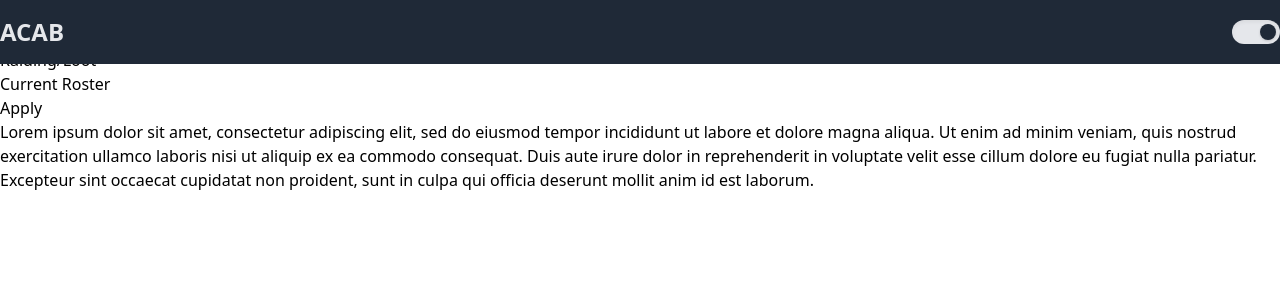
Repository: eaang/catguild_frontend
Page: /
An editor plug-in stored every save of this project. The page is shown before and after the next save, followed by the edit.
The browser window is 1280 px wide. The pictures show the whole page.
The project was rebuilt for these pictures with package versions that can differ from the ones it lists, and the page was loaded fresh each time. The framework's server and built-in components were replaced by stand-ins that run in the browser. Also part of the build but not shown: nuxt.config.js, components/ContentBox.vue, components/ContentEditor.vue, components/ImageBox.vue, components/SidebarMain.vue, components/SidebarSub.vue, components/TheFoooter.vue, components/icons/ChevronDown.vue and 19 more. Imported but missing from the stored project, and not drawn on this page: apollo/queries/categories/category.

Above is the page before, as saved 2021-04-02 18:44:50.

After the next save:
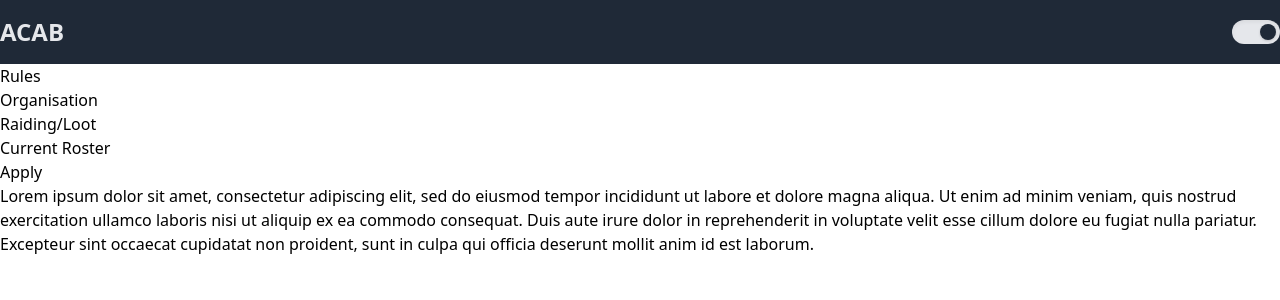
Saved 18 s later.
--- a/layouts/default.vue
+++ b/layouts/default.vue
@@ -1,5 +1,5 @@
 <template>
-  <div class="relative" :class="{ dark: darkTheme }">
+  <div class="relative pt-16" :class="{ dark: darkTheme }">
     <TheHeader class="absolute inset-x-0 top-0" />
     <div class="container">
       <div class="">
